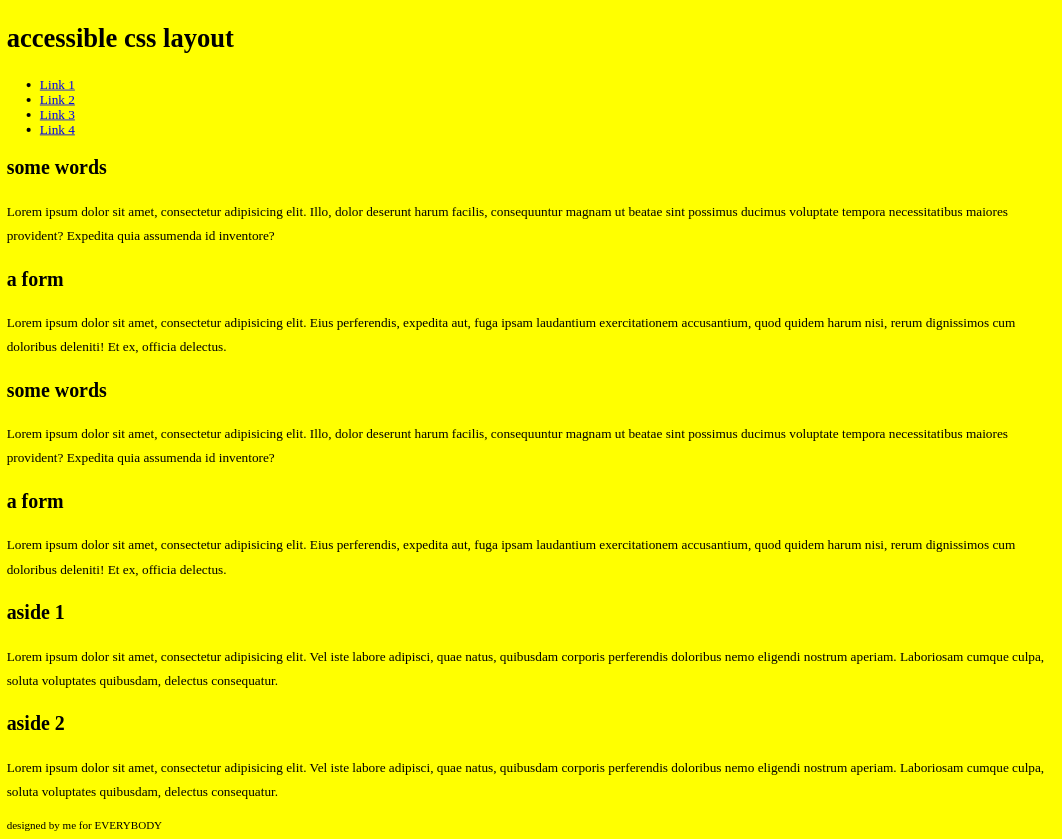
Repository: ethan-schrauf/UniversalDesignWebsite
Page: responsive.html
An editor plug-in stored every save of this project. The page is shown before and after the next save, followed by the edit.
The browser window is 1280 px wide. The pictures show the whole page, at 83% of full size.

Above is the page before, as saved 2023-10-23 17:02:09.

### responsive.html

<!DOCTYPE html>

<html lang="en">
<head>
  <meta charset="UTF-8">
  <meta name="viewport" content="width=device-width, initial-scale=1.0">
  <title>Accessible grid</title>
  <link href="grid-flex.css" rel="stylesheet">
</head>
<body>
<div class="container">
  <header>
    <h1>accessible css layout</h1>
  </header>
  <nav>
    <ul>
      <li><a href="#">Link 1</a></li>
      <li><a href="#">Link 2</a></li>
      <li><a href="#">Link 3</a></li>
      <li><a href="#">Link 4</a></li>
    </ul>
  </nav>
  <main>
    <section>
      <h2>some words</h2>
      <p>Lorem ipsum dolor sit amet, consectetur adipisicing elit. Illo, dolor deserunt harum facilis, consequuntur magnam ut beatae sint possimus ducimus voluptate tempora necessitatibus maiores provident? Expedita quia assumenda id inventore?</p>
      <h2>a form</h2>
      <p>Lorem ipsum dolor sit amet, consectetur adipisicing elit. Eius perferendis, expedita aut, fuga ipsam laudantium exercitationem accusantium, quod quidem harum nisi, rerum dignissimos cum doloribus deleniti! Et ex, officia delectus.</p>
      <h2>some words</h2>
      <p>Lorem ipsum dolor sit amet, consectetur adipisicing elit. Illo, dolor deserunt harum facilis, consequuntur magnam ut beatae sint possimus ducimus voluptate tempora necessitatibus maiores provident? Expedita quia assumenda id inventore?</p>
      <h2>a form</h2>
      <p>Lorem ipsum dolor sit amet, consectetur adipisicing elit. Eius perferendis, expedita aut, fuga ipsam laudantium exercitationem accusantium, quod quidem harum nisi, rerum dignissimos cum doloribus deleniti! Et ex, officia delectus.</p>
    </section>
  </main>
  <aside id="aside1">
    <h2>aside 1</h2>
    <p>Lorem ipsum dolor sit amet, consectetur adipisicing elit. Vel iste labore adipisci, quae natus, quibusdam corporis perferendis doloribus nemo eligendi nostrum aperiam. Laboriosam cumque culpa, soluta voluptates quibusdam, delectus consequatur.</p>
  </aside>
  <aside id="aside2">
    <h2>aside 2</h2>
    <p>Lorem ipsum dolor sit amet, consectetur adipisicing elit. Vel iste labore adipisci, quae natus, quibusdam corporis perferendis doloribus nemo eligendi nostrum aperiam. Laboriosam cumque culpa, soluta voluptates quibusdam, delectus consequatur.</p>
  </aside>
  <footer>
    <small> designed by me for EVERYBODY</small>
  </footer>

</div> <!-- end container -->
</body>
</html>

### grid-flex.css
body {
    background: yellow;
}

/* css reset */
::before,
::after {
    box-sizing: border-box;
    padding: 0;
    margin: 0;
}

h1,
h2,
h3 {
    padding: .2em 0;
}

p {
    margin: 1.0em 0;
    line-height: 1.8em;
}

After the next save:
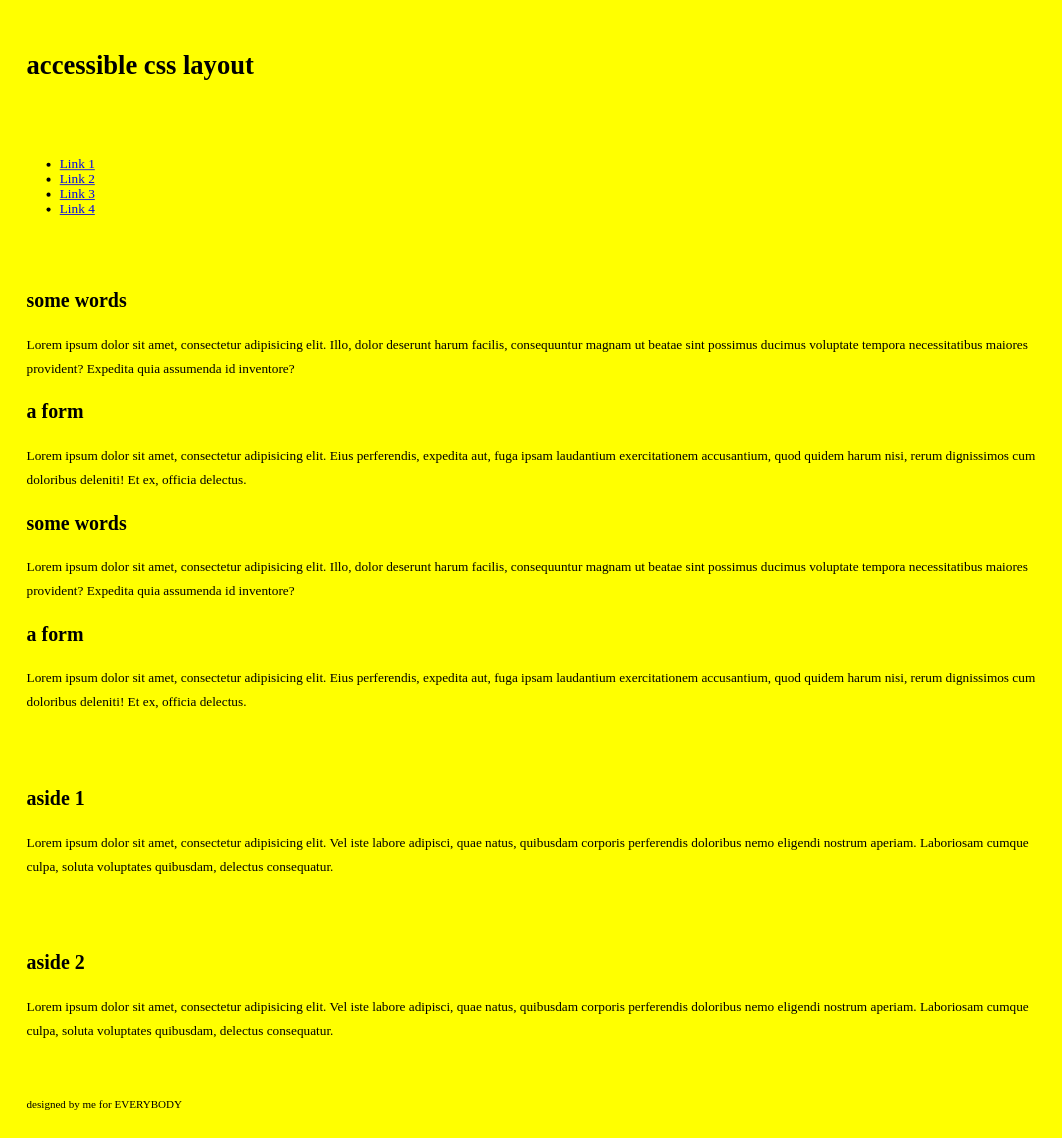
Saved 3 min 16 s later.
--- a/grid-flex.css
+++ b/grid-flex.css
@@ -20,3 +20,12 @@ p {
     margin: 1.0em 0;
     line-height: 1.8em;
 }
+
+header,
+nav,
+main,
+aside,
+footer {
+    padding: 1.5em;
+    border: 1px black;
+}
